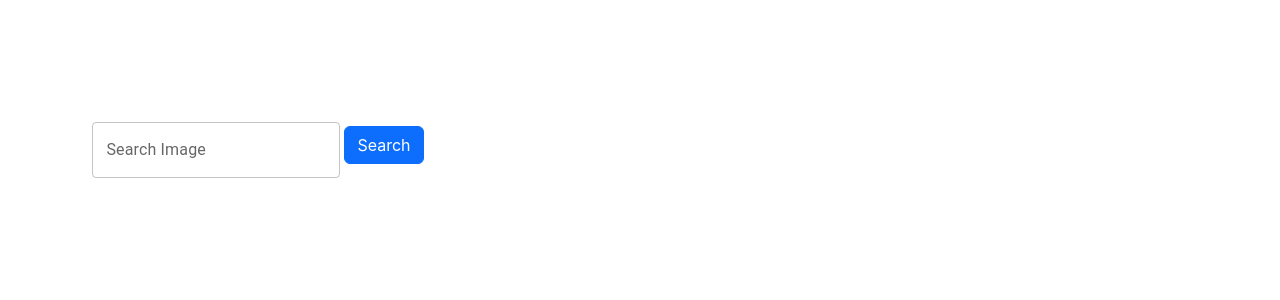
Repository: mohit78911/Snapshot
Page: /
These files come from the project's save history. The page is drawn as it stood at one moment and after the next save; the edit follows.
The browser window is 1280 px wide. The pictures show the whole page.
The project was rebuilt for these pictures with package versions that can differ from the ones it lists, and the page was loaded fresh each time.

Above is the page before, as saved 2023-09-01 10:46:20.

After the next save:
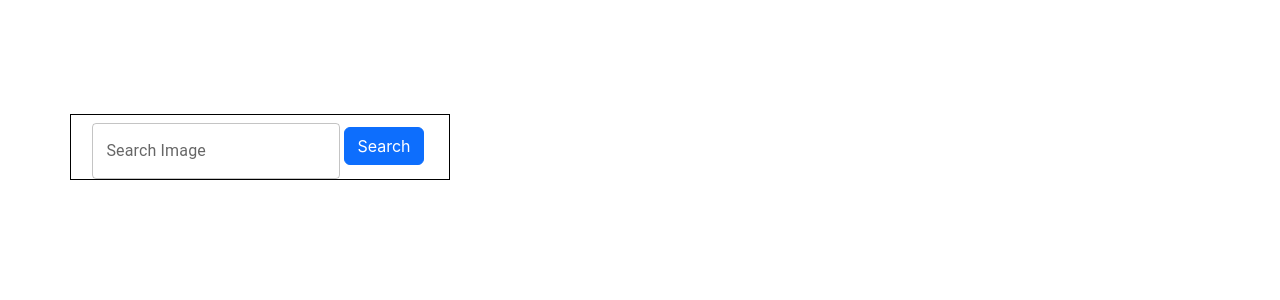
Saved 10 s later.
--- a/src/App.css
+++ b/src/App.css
@@ -40,5 +40,5 @@
 
 .firstColoum{
   margin-top: 10%;
-  bor
+  border: 1px solid black;
 }
